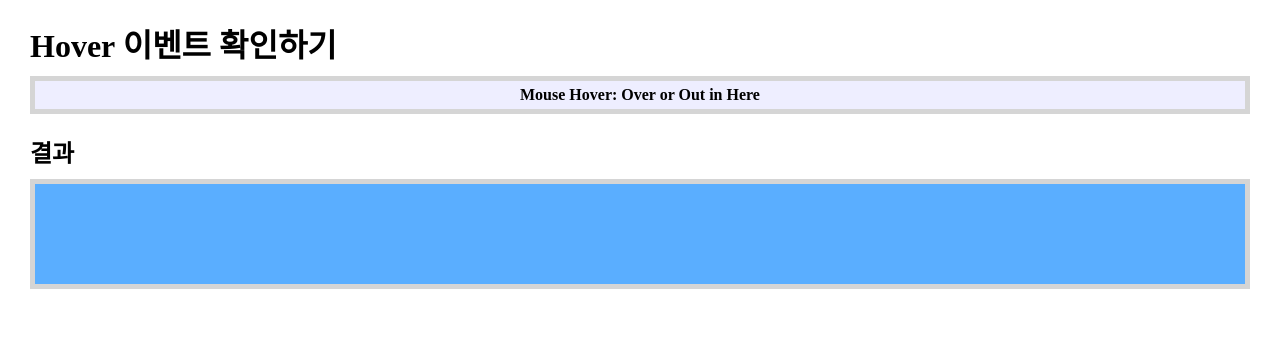
Repository: rwanda95do/bitcamp
Page: jQuery/src/main/webapp/02_jQueryEvent/exam05.html
These files come from the project's save history. The page is drawn as it stood at one moment and after the next save; the edit follows.
The browser window is 1280 px wide. The pictures show the whole page.

Above is the page before, as saved 2024-08-22 08:22:17.

### jQuery/src/main/webapp/02_jQueryEvent/exam05.html
<!-- 가장 많이 쓰는 형식 -->

<!DOCTYPE html>
<html>
<head>
<meta charset="UTF-8">
<title>Insert title here</title>
<link rel="stylesheet" href="../css/event.css">


</head>
<body>
	<h1>Hover 이벤트 확인하기</h1>
	<div id="input">
		Mouse Hover: Over or Out in Here
	</div>

	<h2>결과</h2>
	<div id="result"></div>

<script type="text/javascript" src="http://code.jquery.com/jquery-3.7.1.min.js"></script>
<script type="text/javascript">
$(function () {
	$('#input').hover(function (){
		$('#result').html('OVER')
	}, function (){
		$('#result').html('OUT')
	});

});
</script>

</body>
</html>

### jQuery/src/main/webapp/css/event.css
@charset "UTF-8";



* {
    padding: 0;
    margin: 10px;
}
#input, #result {
    border: 5px solid #D5D5D5;
    text-align: center;
    width: auto;
    font-weight: bold;
}
#input {
    background: #eef;
    padding: 5px;
}
#input:after {
    content: '';
    display: block;
    float: none;
    clear: both;
}
#input > input, #input > select, #input > div, #input > button, #input > div > button {
    width: 99%;
    text-align: center;
    display: block;
    font-size: 17px;
    color: #222;
    background: #eef;
    border: 3px solid #d3d3d3;
    margin: 5px auto;
    padding: 5px 0;
}
#input > h3 {
    text-align: left;
    margin: 0;
    padding: 10px 0 0 0;
}
#input > h3:before {
    content: '';
    display: block;
    float: none;
    clear: both;
}
#input > label {
    margin: 0;
    padding: 0;
    display: block;
    float: left;
    padding-bottom: 10px;
}
#input > label > input {
    width: auto !important;
    display: inline;
}
#input .myButton {
    box-shadow: inset 0px 1px 0px 0px #54a3f7; /* inset : 박스 안쪽의 그림자 */
    background: linear-gradient(to bottom, #007dc1 5%, #0061a7 100%);
    /* background-color: #007dc1; */
    border-radius: 3px;
    border: 1px solid #124d77;
    display: inline-block;
    color: #ffffff;
    font-family: arial;
    font-size: 15px;
    font-weight: normal;
    padding: 6px 24px;
    text-decoration: none;
    text-shadow: 0px 1px 0px #154682;
}
#input .myButton:hover {
    background: linear-gradient(to bottom, #0061a7 5%, #007dc1 100%);
    background-color: #0061a7;
}
#input .myButton:active {
    position: relative;
    top: 1px;
}

h2 {
    padding-top: 10px;
}
#result {
    padding: 50px;
    font-size: 17px;
    color: #500;
    background: #5AAEFF;
}

After the next save:
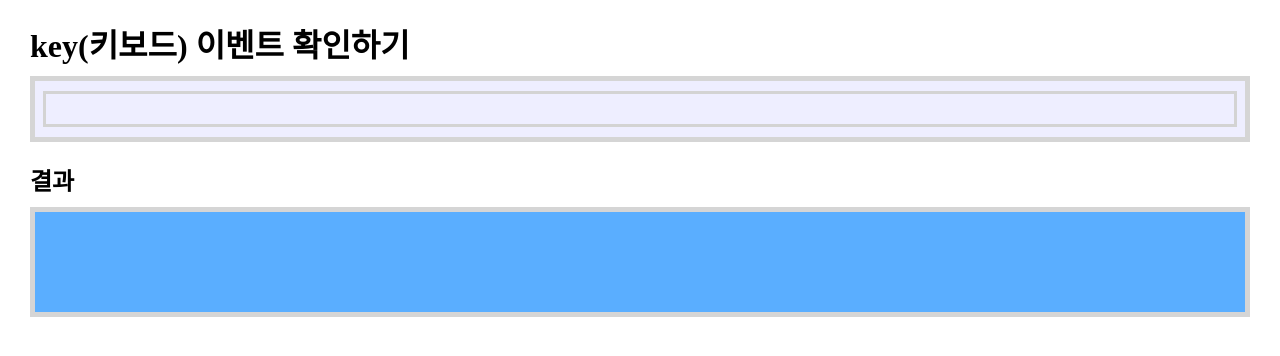
Saved 3 min 2 s later.
--- a/jQuery/src/main/webapp/02_jQueryEvent/exam05.html
+++ b/jQuery/src/main/webapp/02_jQueryEvent/exam05.html
@@ -10,9 +10,9 @@
 
 </head>
 <body>
-	<h1>Hover 이벤트 확인하기</h1>
+	<h1>key(키보드) 이벤트 확인하기</h1>
 	<div id="input">
-		Mouse Hover: Over or Out in Here
+		<input type="text" />
 	</div>
 
 	<h2>결과</h2>
